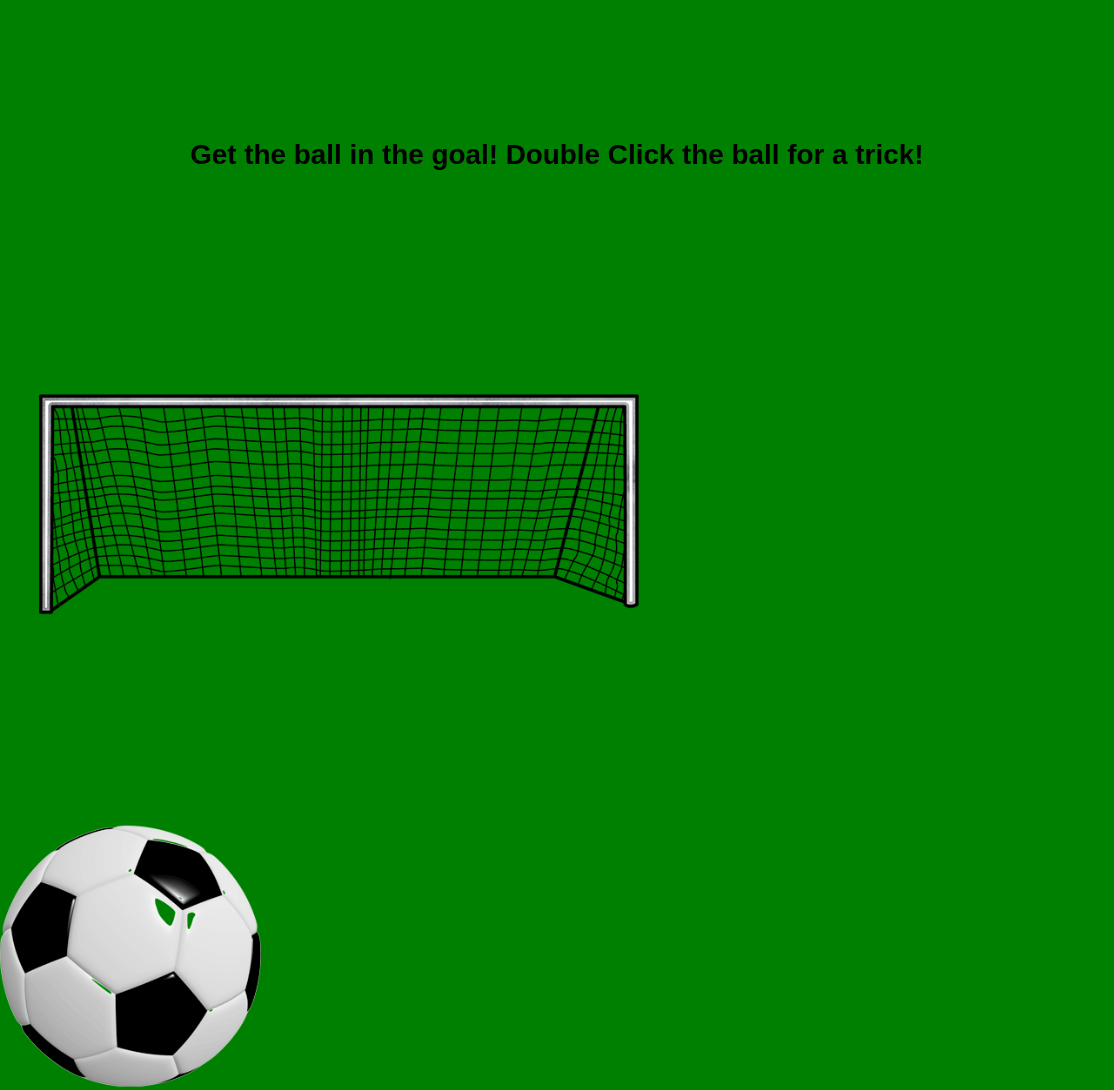
Repository: alexmaddux99/Lab3
Page: mouse-events.html
An editor plug-in stored every save of this project. The page is shown before and after the next save, followed by the edit.
The browser window is 1280 px wide. The pictures show the whole page, at 87% of full size.

Above is the page before, as saved 2022-03-06 17:18:10.

### mouse-events.html
<!DOCTYPE html>
<html lang="en">

<head>
    <meta charset="UTF-8">
    <meta http-equiv="X-UA-Compatible" content="IE=edge">
    <meta name="viewport" content="width=device-width, initial-scale=1.0">
    <title>GOAL!</title>
    <style>
        body {
            background-color: green;
            margin:0;
            height:100vh;
        }

        div {
           height: 300px;
           width: 300px;
            transition: transform 1s;

        }

        p {
            margin-top: 10rem;
            text-align: center;
            font: bold 2rem sans-serif;
        }

        .goal{
            display: block;
  margin-left: auto;
  margin-right: auto;
        }




    </style>
</head>

<body>

    <p>Get the ball in the goal! Double Click the ball for a trick!</p>

    <figure>
    <img src="/images/goal.png" alt="GOAL!">
</figure>


    <div id="dot" class="ball">
        <img src="/images/soccer.png" alt="Score a Goal!">
    </div>




    <script>
        var dot = document.getElementById('dot');
        document.body.addEventListener('click', (e) => {
            console.log("Client: " , e.clientX , e.clientY)
            console.log("Page: " , e.pageX , e.pageY)
            console.log("Screen: " , e.screenX , e.screenY)
            console.log("Event Object: ", e);
            dot.style.transform = `translateY(${e.clientY - 25}px)`;
            dot.style.transform += `translateX(${e.clientX - 25}px)`;
            dot.style.opacity = 1;
        }, false);
    </script>
</body>

</html>

After the next save:
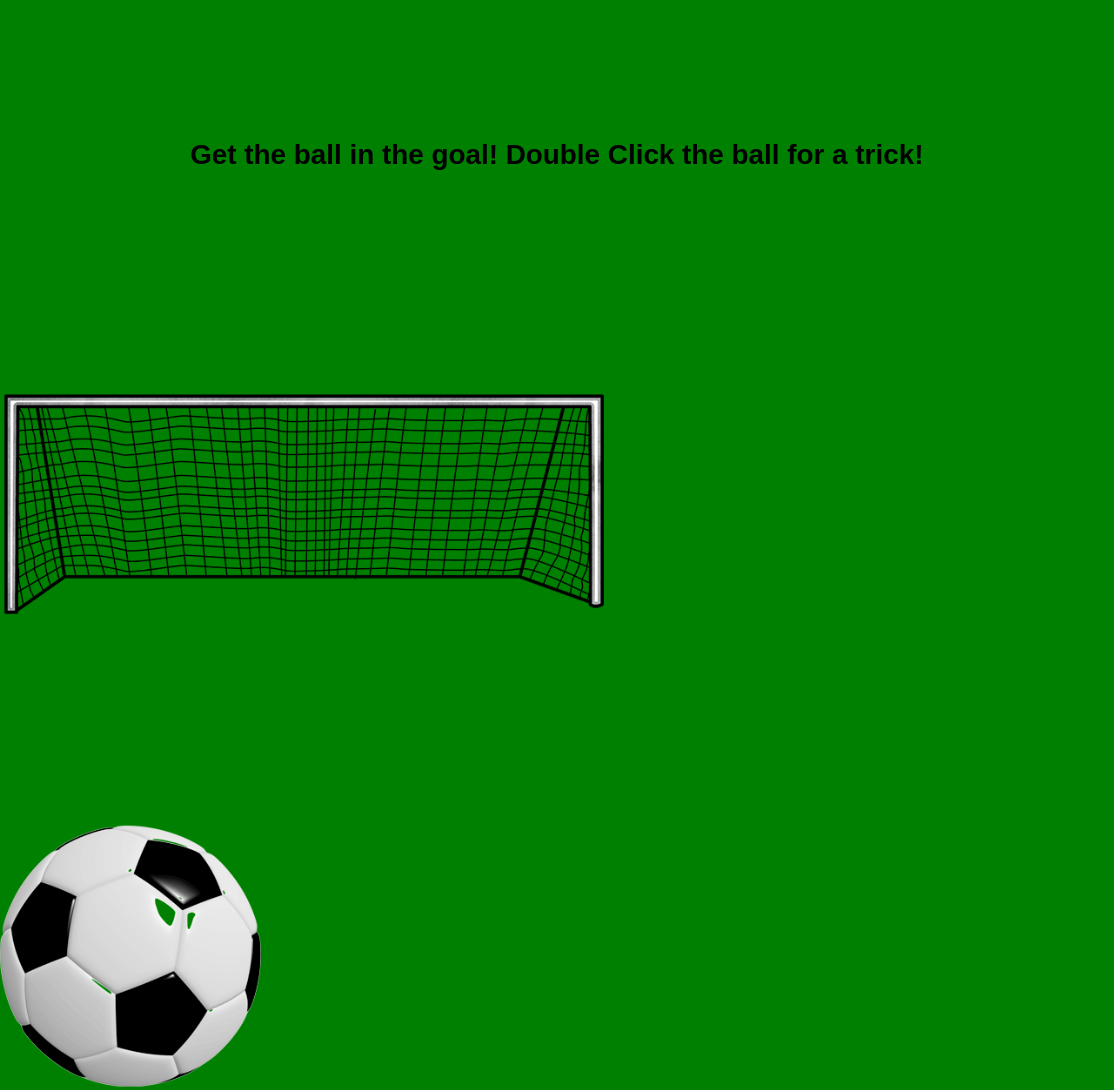
Saved 10 s later.
--- a/mouse-events.html
+++ b/mouse-events.html
@@ -26,7 +26,7 @@
             font: bold 2rem sans-serif;
         }
 
-        .goal{
+        figure{
             display: block;
   margin-left: auto;
   margin-right: auto;

After the save that followed:
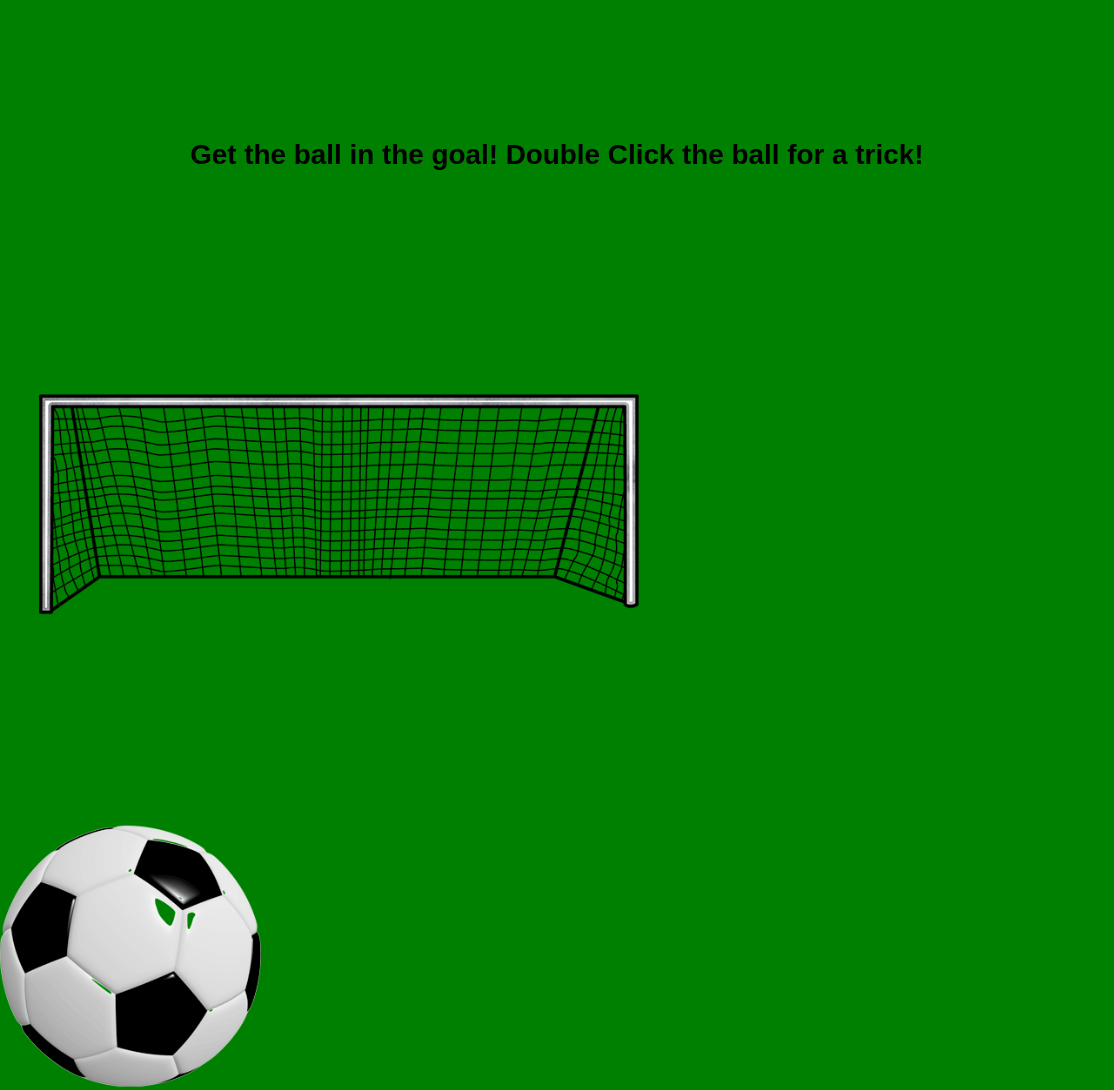
Saved 9 s later.
--- a/mouse-events.html
+++ b/mouse-events.html
@@ -26,7 +26,7 @@
             font: bold 2rem sans-serif;
         }
 
-        figure{
+        .goal{
             display: block;
   margin-left: auto;
   margin-right: auto;
@@ -44,7 +44,7 @@
 
     <figure>
     <img src="/images/goal.png" alt="GOAL!">
-</figure>
+    </figure>
 
 
     <div id="dot" class="ball">
